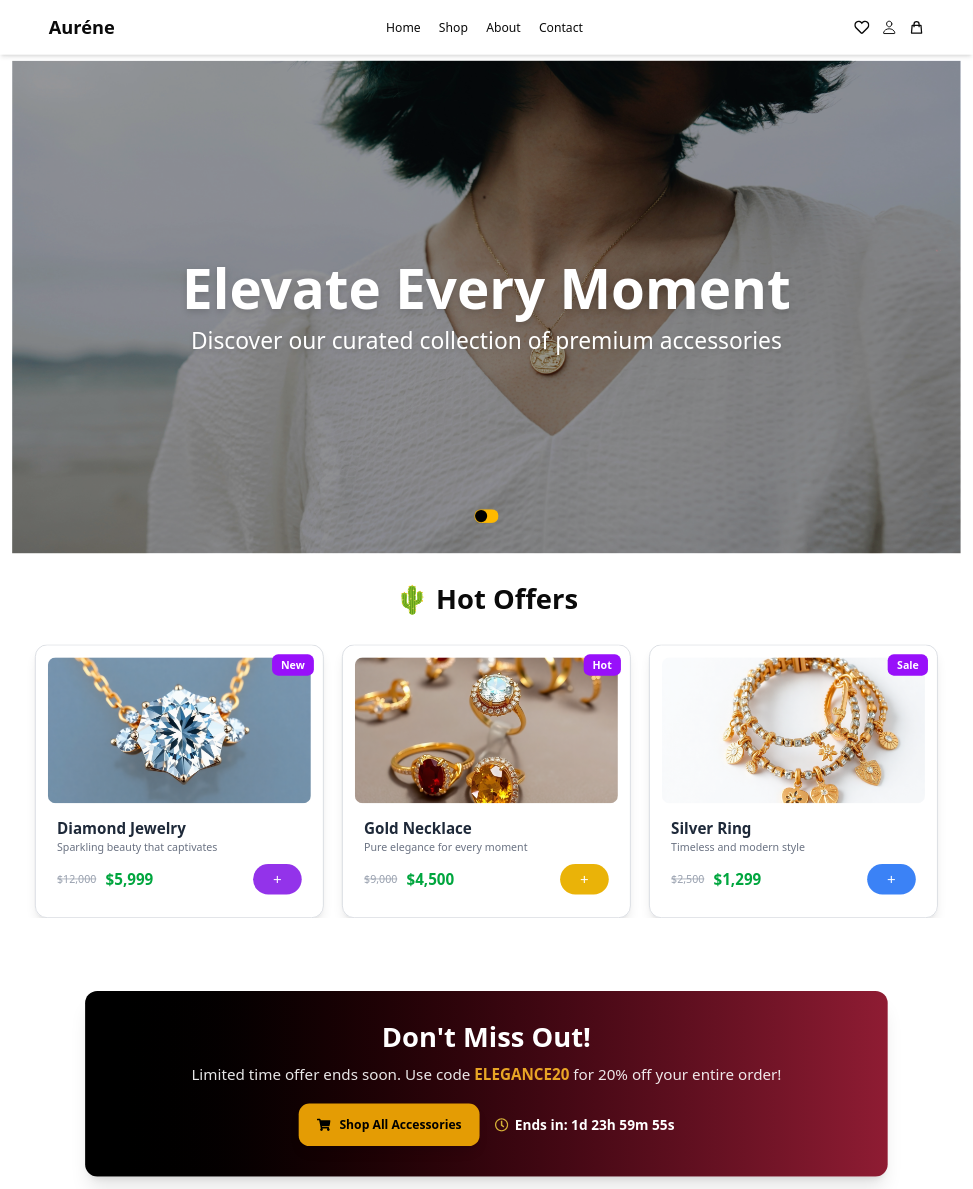
Repository: oehab30/Aur-ne-e-commerce-
Page: /
An editor plug-in stored every save of this project. The page is shown before and after the next save, followed by the edit.
The browser window is 1280 px wide. The pictures show the whole page, at 76% of full size.
The project was rebuilt for these pictures with package versions that can differ from the ones it lists, and the page was loaded fresh each time. Also part of the build but not shown: src/components/common/Tap.tsx, src/pages/Shop.tsx, src/pages/cart.tsx, src/pages/Profile.tsx, src/pages/About.tsx, src/pages/Contact.tsx, src/pages/Error.tsx, src/pages/Wishlist.tsx and 1 more. Imported but missing from the stored project, and not drawn on this page: src/components/ui/breadcrumb.tsx.

Above is the page before, as saved 2025-11-24 20:39:16.

After the next save:
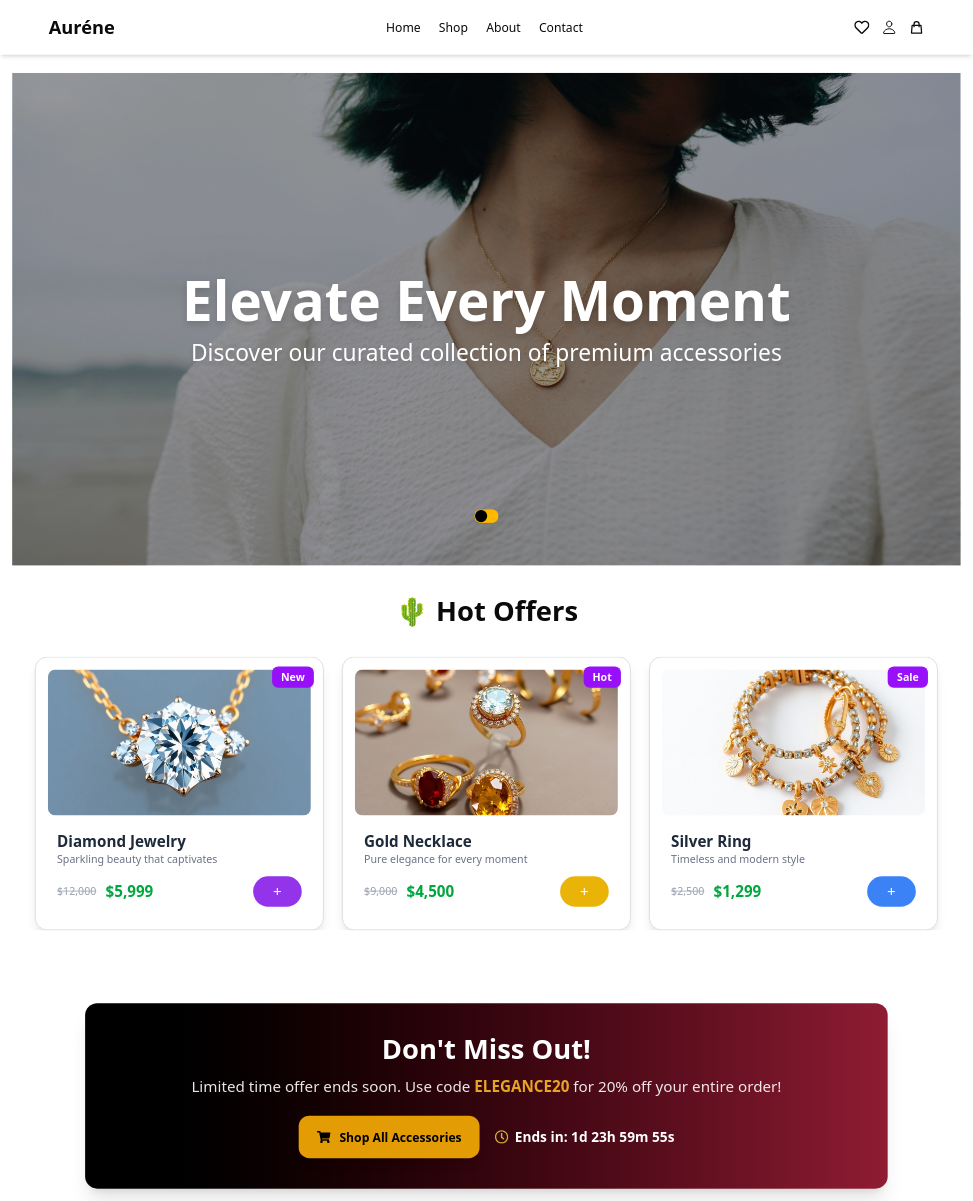
Saved 4 s later.
--- a/src/components/common/layout.tsx
+++ b/src/components/common/layout.tsx
@@ -8,7 +8,7 @@
   return (
     <>
       <Navbar  />
-      <main className="min-h-screen p-4 pt-20">
+      <main className="min-h-screen p-4 pt-24">
 <Darkmode/>
         <Outlet />        {/* 👈 Page content changes here */}
       </main>

After the 2 saves that followed:
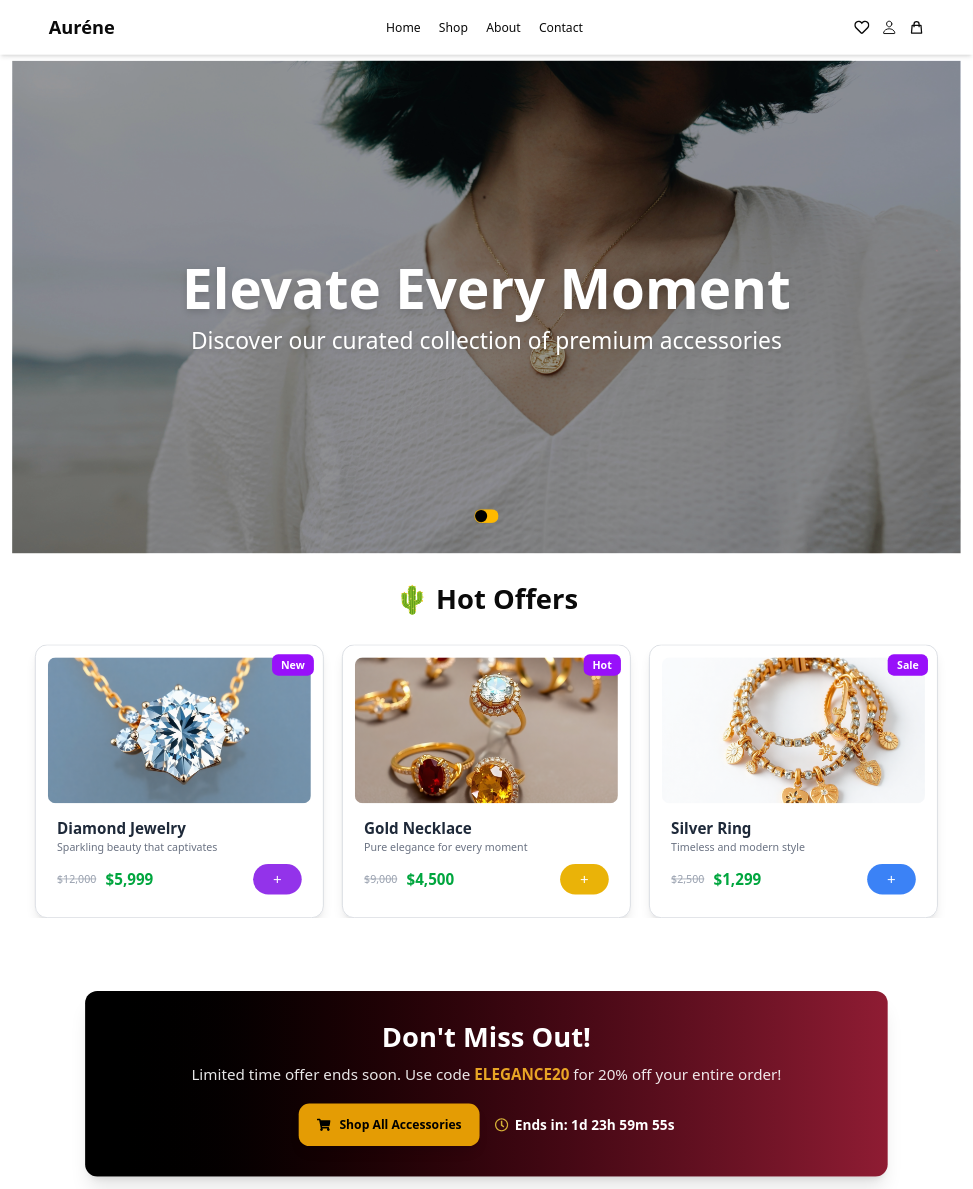
The 2 saves are shown as one change because they came seconds apart.
The last was saved 45 s later.
--- a/src/components/common/layout.tsx
+++ b/src/components/common/layout.tsx
@@ -8,7 +8,7 @@
   return (
     <>
       <Navbar  />
-      <main className="min-h-screen p-4 pt-24">
+      <main className="min-h-screen p-4 pt-20">
 <Darkmode/>
         <Outlet />        {/* 👈 Page content changes here */}
       </main>
